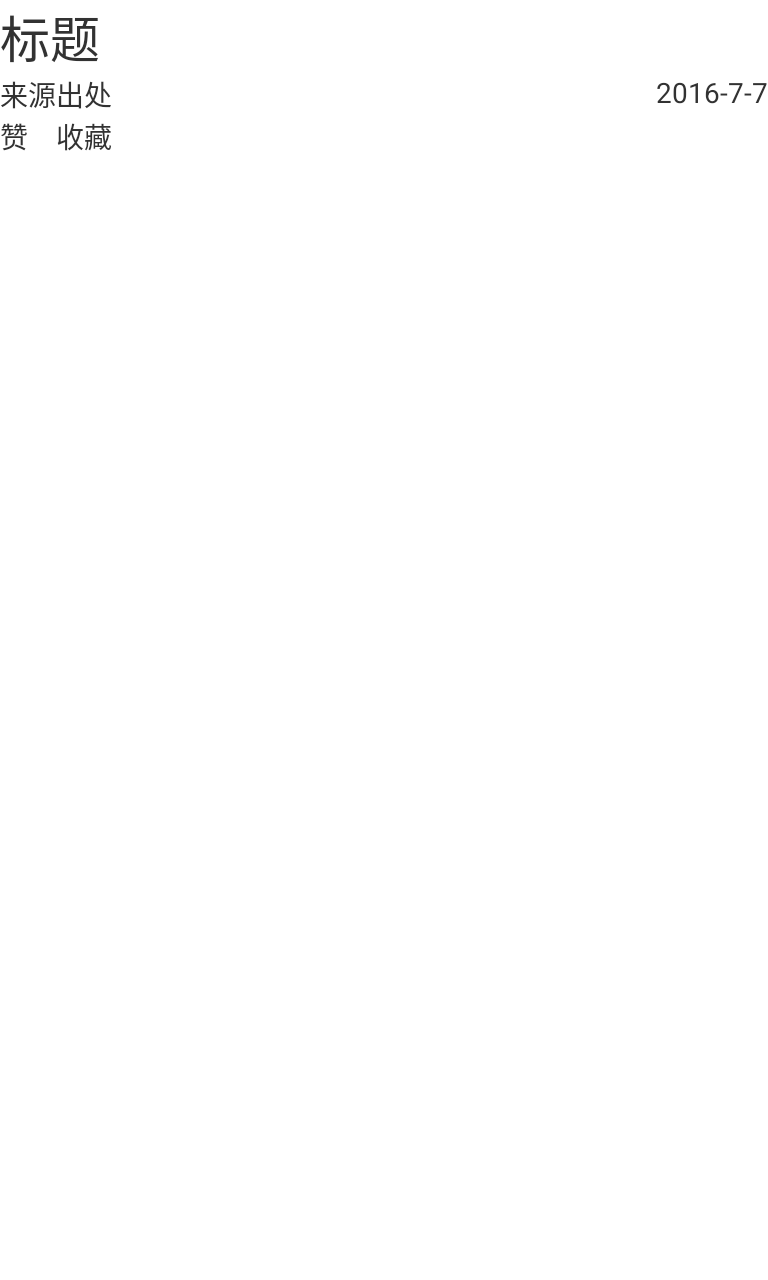
Repository: SuperMannnnnn/test
Layout: PictureStore/res/layout/item_new.xml
These files come from the project's save history. The layout is drawn as it stood at one moment and after the next save; the edit follows.
It is drawn on a 768 x 1280 px phone screen (xhdpi) without system bars, with theme android:Theme.Light.NoTitleBar; the app's code is not run.

Above is the layout before, as saved 2016-07-10 09:07:36.

### PictureStore/res/layout/item_new.xml
<?xml version="1.0" encoding="utf-8"?>
<RelativeLayout xmlns:android="http://schemas.android.com/apk/res/android"
    android:layout_width="match_parent"
    android:layout_height="match_parent" >

    <TextView
        android:id="@+id/tv_title"
        android:layout_width="match_parent"
        android:layout_height="wrap_content"
        android:layout_alignParentLeft="true"
        android:layout_alignParentTop="true"
        android:textSize="25sp"
        android:text="标题" />

    <TextView
        android:id="@+id/tv_source"
        android:layout_width="wrap_content"
        android:layout_height="wrap_content"
        android:layout_alignParentLeft="true"
        android:layout_below="@+id/tv_title"
        android:text="来源出处" />

    <TextView
        android:id="@+id/tv_time"
        android:layout_width="wrap_content"
        android:layout_height="wrap_content"
        android:layout_below="@+id/tv_title"
        android:layout_alignParentRight="true"
        android:text="2016-7-7" />

    <TextView
        android:id="@+id/tv_digg_count"
        android:layout_width="wrap_content"
        android:layout_height="wrap_content"
        android:layout_alignParentLeft="true"
        android:layout_below="@+id/tv_source"
        android:text="赞" />

    <TextView
        android:id="@+id/tv_repin_count"
        android:layout_width="wrap_content"
        android:layout_height="wrap_content"
        android:layout_alignBaseline="@+id/tv_digg_count"
        android:layout_alignBottom="@+id/tv_digg_count"
        android:layout_alignRight="@+id/tv_source"
        android:text="收藏" />

</RelativeLayout>

After the next save:
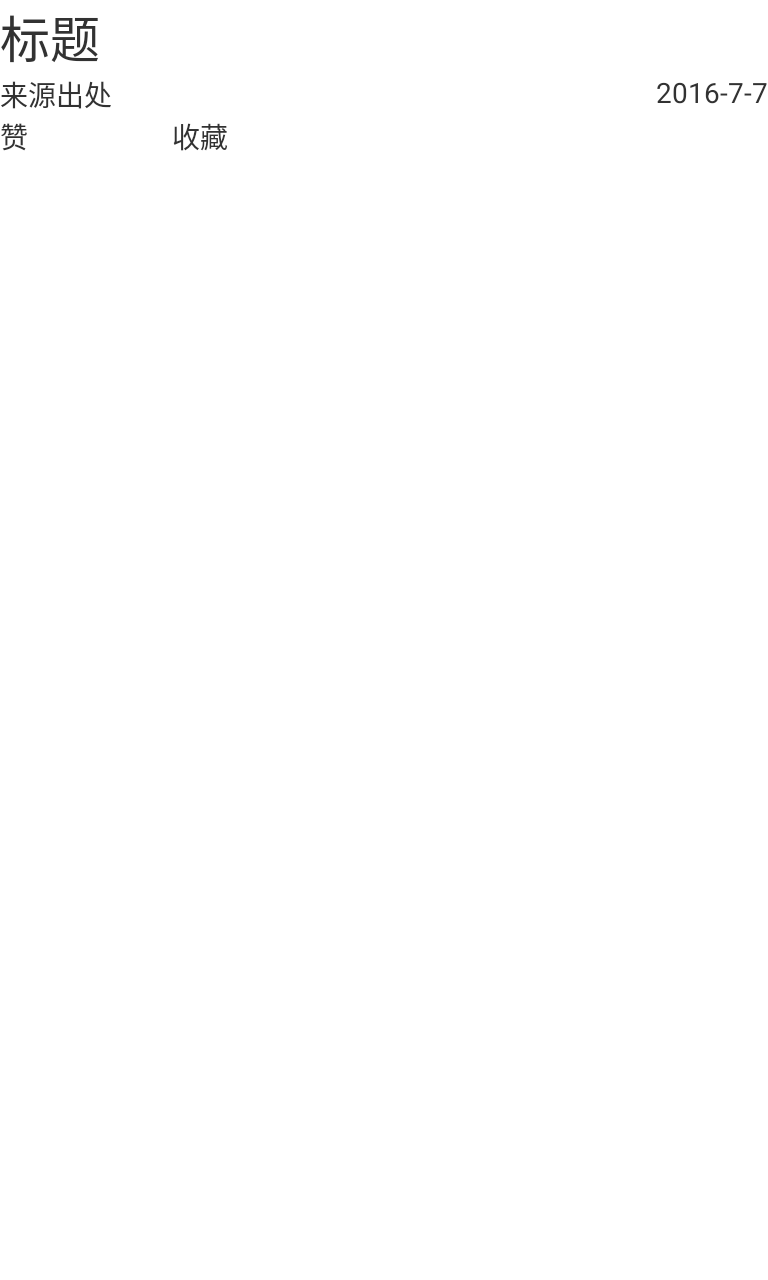
Saved 42 s later.
--- a/PictureStore/res/layout/item_new.xml
+++ b/PictureStore/res/layout/item_new.xml
@@ -42,7 +42,8 @@
         android:layout_height="wrap_content"
         android:layout_alignBaseline="@+id/tv_digg_count"
         android:layout_alignBottom="@+id/tv_digg_count"
-        android:layout_alignRight="@+id/tv_source"
+        android:layout_marginLeft="30dp"
+        android:layout_toRightOf="@+id/tv_source"
         android:text="收藏" />
 
 </RelativeLayout>
